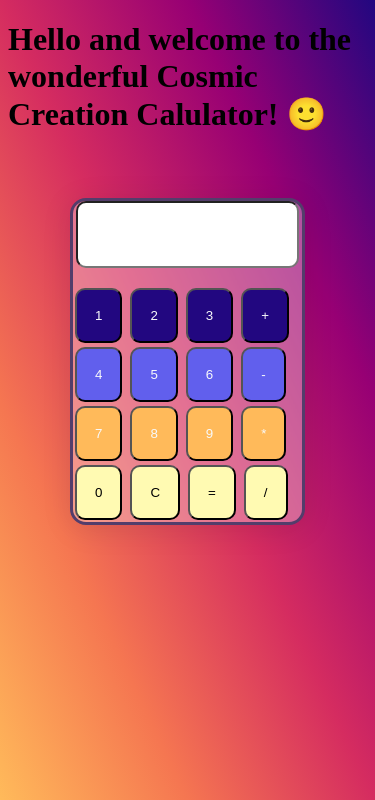
Repository: CrazyPaine/GameBoy-Calculator
Page: index.html
These files come from the project's save history. The page is drawn as it stood at one moment and after the next save; the edit follows.
The browser window is 375 px wide. The pictures show the whole page.

Above is the page before, as saved 2024-02-04 21:09:08.

### index.html
<!DOCTYPE html>
<html lang="en">
<head>
    <meta charset="UTF-8">
    <meta name="viewport" content="width=device-width, initial-scale=1.0">
    <link rel="stylesheet" type="text/css" href="styles.css">
    <script src="calculator.js"></script>
    <title>GameBoy Calculator</title>
</head>

<body>
    <h1 class = "Intro">Hello and welcome to the wonderful Cosmic Creation Calulator! &#128578;</h1>
    <br>
    <div class = 'calculator'>
        <input type="text"id="display" readonly>
       <br>
            <button onclick="appendToDisplay('1')" class = "btn-1">1</button>
            <button onclick="appendToDisplay('2')" class = "btn-1">2</button>
            <button onclick="appendToDisplay('3')" class = "btn-1">3</button>
            <button onclick="appendToDisplay('+')" class = "btn-1">+</button>
            <br>
            <button onclick="appendToDisplay('4')" class = "btn-2">4</button>
            <button onclick="appendToDisplay('5')" class = "btn-2">5</button>
            <button onclick="appendToDisplay('6')" class = "btn-2">6</button>
            <button onclick="appendToDisplay('-')" class = "btn-2">-</button>
            <br>
            <button onclick="appendToDisplay('7')" class = "btn-3">7</button>
            <button onclick="appendToDisplay('8')" class = "btn-3">8</button>
            <button onclick="appendToDisplay('9')" class = "btn-3">9</button>
            <button onclick="appendToDisplay('*')" class = "btn-3">*</button>
            <br>
            <button onclick="appendToDisplay('0')" class = "btn-4">0</button>
            <button onclick="clearDisplay()" class = "btn-4">C</button>
            <button onclick="calculateResult()" class = "btn-4">=</button>
            <button onclick="appendToDisplay('/')" class = "btn-4">/</button>
            <br>

    </div>
</body>
</html>

### styles.css
/******************************************
/* CSS
/*******************************************/


/* Box Model Hack */
* {
    box-sizing: border-box;
}



/******************************************
/* LAYOUT
/*******************************************/
@media (max-width: 600px) {
    .calculator {
        width: 80%;
        margin: 0 auto;
    }

html {
    height: 100%;
}

title {
    text-align: left;
    font-size: 5px;
}

body {
    background-image: linear-gradient(to left bottom, #220780, #970074, #d52c60, #f57651, #ffba5a);
}

#display{
    border-radius: 10px;
    display: flex;
    align-items:center;
    justify-content: center;
    padding: 24px;
    width: 97%;
    height: 56%;
    margin:auto;
}

.calculator {
    border: 3px solid #533D6B;
    border-radius: 10px;
    width:fit-content;
    background: rgba(255, 255, 255, 0.32);
    border-radius: 16px;
    box-shadow: 0 4px 30px rgba(0, 0, 0, 0.1);
    backdrop-filter: blur(1.7px);
    -webkit-backdrop-filter: blur(1.7px);
    height: fit-content;
    margin: 25px auto;
}

button {
    border-radius: 10px;
    color: #F8F9FA;
    padding: 18px;
    min-height: fit-content;
    max-width: fit-content;
    margin: 2px;
}

.btn-1 {
    background: #220780;
}

.btn-2 {
    background: #615fed;
}

.btn-3 {
    background: #ffba5a;
}

.btn-4 {
    background: #fffab2;
    color: black;
}


img {
    display: block;
    margin: 0 auto;
    width: 25%;
}


/******************************************
/* ADDITIONAL STYLES
/*******************************************/

### calculator.js
/*
! Hey there welcome to my Calculator. This is where I will be doing my calculations on here.
*/

function calculateResult() {
    try {
        const inputExpression = document.getElementById('display').value;

        if (!isValidExpression(inputExpression)) {
            throw new Error('Invalid expression');
        }

        const result = eval(inputExpression);

        if (!isValidResult(result)) {
            throw new Error('Invalid result');
        }

        // Save the expression and result to the history log
        saveToHistory(inputExpression, result);

        document.getElementById('display').value = result;
    } catch (error) {
        document.getElementById('display').value = 'Error: ' + error.message;
    }
}

// Function to handle decimal point
function addDecimalPoint() {
    const currentDisplayValue = document.getElementById('display').value;

    // Check if the current value already contains a decimal point or ends with an operator
    if (!currentDisplayValue.includes('.') && !endsWithOperator(currentDisplayValue)) {
        document.getElementById('display').value += '.';
    }
}

// Helper function to check if the expression is valid
function isValidExpression(expression) {
    // Add your validation logic here
    return /^[0-9+\-*/().\s]+$/.test(expression);
}

// Helper function to check if the result is valid
function isValidResult(result) {
    // Add your validation logic here
    return isFinite(result);
}

// Helper function to check if the expression ends with an operator
function endsWithOperator(expression) {
    const operators = ['+', '-', '*', '/'];
    const lastChar = expression.trim().slice(-1);

    return operators.includes(lastChar);
}

After the next save:
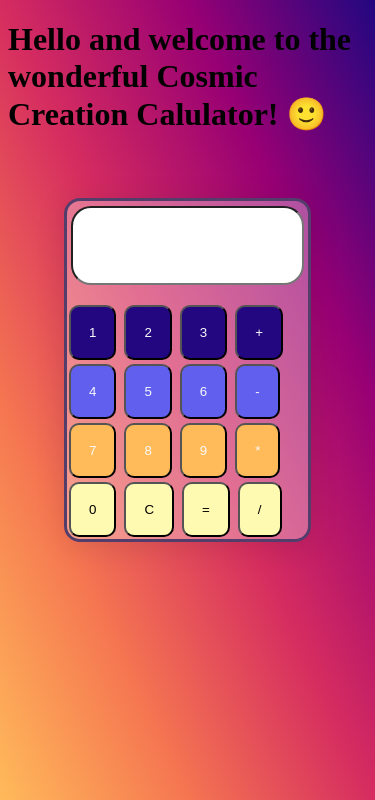
Saved 114 s later.
--- a/styles.css
+++ b/styles.css
@@ -33,14 +33,15 @@ body {
 }
 
 #display{
-    border-radius: 10px;
+    border-radius: 20px;
     display: flex;
     align-items:center;
     justify-content: center;
-    padding: 24px;
+    padding: 30px;
     width: 97%;
     height: 56%;
     margin:auto;
+    margin-top: 5px;
 }
 
 .calculator {
